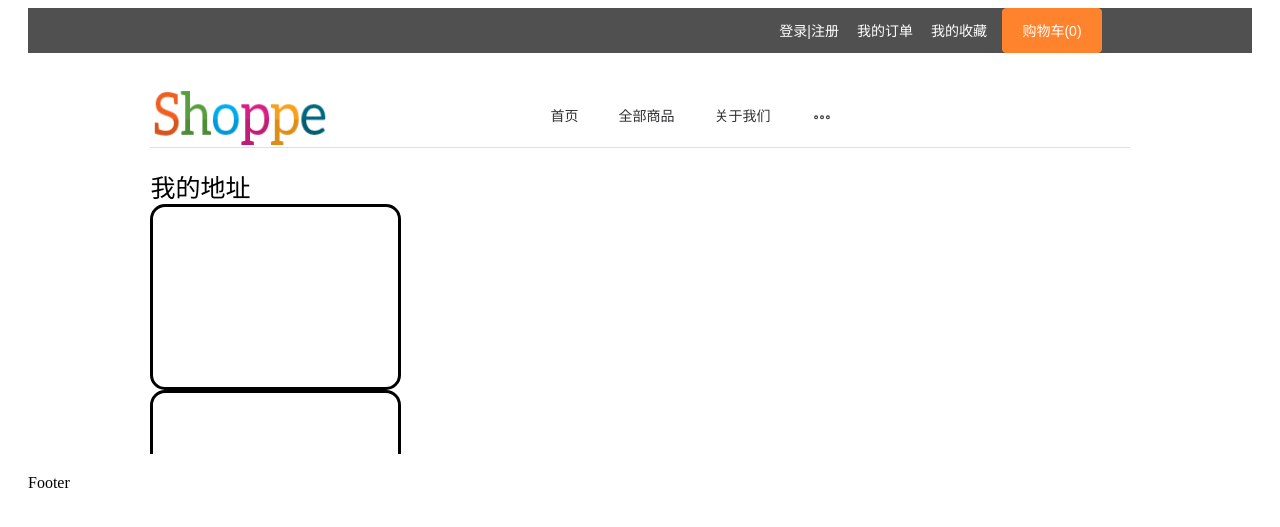
Repository: zhenghaochang/---
Page: /#/confirmOrder (app in xiaomi/)
An editor plug-in stored every save of this project. The page is shown before and after the next save, followed by the edit.
The browser window is 1280 px wide. The pictures show the whole page.
The project was rebuilt for these pictures with package versions that can differ from the ones it lists, and the page was loaded fresh each time. Also part of the build but not shown: xiaomi/vite.config.js.

Above is the page before, as saved 2025-08-03 16:01:49.

### xiaomi/src/main.js
import { createApp } from 'vue';
import ElementPlus from 'element-plus';
import 'element-plus/dist/index.css';
import router from './router/router';
import App from './App.vue';
import * as ElementPlusIconsVue from '@element-plus/icons-vue';
import { createPinia } from 'pinia';
import piniaPluginPersistedstate from 'pinia-plugin-persistedstate'
const app = createApp(App);
const pinia = createPinia();
pinia.use(piniaPluginPersistedstate)
app.use(pinia);
for (const [key, component] of Object.entries(ElementPlusIconsVue)) {
    app.component(key, component);
}
app.use(router);
app.use(ElementPlus);
app.mount('#app');

### xiaomi/src/router/router.js
import {createRouter,createWebHashHistory} from 'vue-router'

let router = createRouter({
    history:createWebHashHistory(),
    routes:[
        {
            path:"/",
            component:()=>import('../components/main.vue'),
            redirect:"/home",
            children:[
                {
                    path:"/home",
                    component:() => import('../view/home.vue')
                },
                {
                    path:"/allGoods",
                    component:() => import('../view/allGoods.vue')
                },
                {
                    path:"/goods",
                    component:()=>import('../view/goods.vue')
                },
                {
                    path:"/orderList",
                    component:()=> import('../view/orderList.vue')
                },
                {
                    path:"/shoppingCart",
                    component:()=> import('../view/shoppingCart.vue')
                },
                {
                    path:"/collection",
                    component:()=> import('../view/collection.vue')
                },
                {
                    path:"/confirmOrder",
                    component:()=>import('../view/confirmOrder.vue')
                }
            ]
        }
    ]
})

export default router

### xiaomi/src/App.vue
<script setup>
import Menu from '../src/components/menu.vue'


</script>

<template>
    <div>
        <el-container>
            <el-header class="header"><Menu></Menu></el-header>
            <el-main class="main"><router-view></router-view></el-main>
            <el-footer>Footer</el-footer>
        </el-container>
    </div>
</template>

<style scoped>
.header{
/*     background-color: blue; */
    width:100%
}
/* .main{
    background-color: blue;
    width: 100%;
    display:flex;
    flex-direction: column;
    justify-content: center;
} */
</style>

### xiaomi/src/components/main.vue
<script setup>
import logo from '../assets/img/logo.png'
import { Search } from '@element-plus/icons-vue'
import {useRoute,useRouter} from 'vue-router'
import {goodsList, selectParam,total} from '../global/global'
import {getGoodsList} from '../global/global'

const router = useRouter()
const route = useRoute()

async function search(){
    console.log(selectParam.value.goodsName)
    router.push("/allGoods")
    getGoodsList()
}

</script>

<template>
    <div class="base_div">
        <!-- 菜单div -->
        <div style="width:80%;margin-bottom:20px">
            <el-menu
                :default-active="route.path"
                class="menu"
                mode="horizontal"
                @select="handleSelect"
                router
            >
                <div>
                    <img style="width:180px;height:60px;margin-right:200px" :src="logo" alt="">
                </div>
                <el-menu-item class="menu_item" index="/home">首页</el-menu-item>
                <el-menu-item class="menu_item" index="/allGoods">全部商品</el-menu-item>
                <el-menu-item class="menu_item" index="/aboutUs">关于我们</el-menu-item>
                <div>
                    <el-input
                        v-model="selectParam.goodsName"
                        style="margin-left:200px;width:250px"
                        placeholder="请输入商品名称"
                        class="input-with-select"

                    >
                        <template #append>
                            <el-button @click="search" :icon="Search" />
                        </template>
                    </el-input>
                </div>
            </el-menu>
        </div>
        <!-- 菜单div END -->
        <!-- 主体div -->
        <div style="width:100%">
            <router-view></router-view>
        </div>
    </div>
</template>

<style scoped>
.base_div{
    width: 100%;
    display:flex;
    flex-direction: column;
    align-items:center;
}
.menu{
    display:flex;
    align-items: center;
}
.menu_item{
    background-color: transparent !important;
}
</style>

### xiaomi/src/view/confirmOrder.vue
<script setup>

</script>

<template>
    <div class="base_div">
        <div style="width:80%;display:flex;flex-direction:column">
            <span style="font-size:25px">我的地址</span>
            <el-scrollbar wrap-style="width:100%;" view-style="" max-height="250px">
               <div class="address_div" v-for="item in 4" :key="item">

                </div>
            </el-scrollbar>

        </div>
    </div>
</template>

<style scoped>
.base_div{
    width: 100%;
    display: flex;
    flex-direction: column;
    align-items:center;
}
.address_div{
    width: 25%;
    height:180px;
    border-radius: 15px;
    border: 3px solid;

}
</style>

### xiaomi/src/components/menu.vue
<script setup>
import {ref,reactive} from 'vue'
import request from '../request/index'
import { ElMessage } from 'element-plus'
import {useUserStore} from '../store/index'
import {loginVisible,registVisible} from '../global/global'
import {useRouter,useRoute} from 'vue-router'


const store = useUserStore()
const router = useRouter()


const loginForm = ref({
    username:'',
    password:''
})

const registForm = ref({
    username:'',
    password:'',
    rePassword:'',
    name:''
})

const user = ref({
    id:0,
    username:'',
    name:'',
    numInCart:0,
    token:''
})

const loginFormRef = ref()
const registFormRef = ref()

const validateUsername = (rule,value,callback)=>{
    if(value.length==0){
      callback(new Error("用户名不能为空"))
    }else{
      callback()
    }
  }

  const validatePassword = (rule,value,callback)=>{
    if(value.length<4){
      callback(new Error("密码小于4位"))
    }else{
      callback()
    }
  }

  const validateRePassword = (rule,value,callback)=>{
    if(value.length<4){
      callback(new Error("密码小于4位"))
    }else{
      if(value != registForm.value.password){
        callback(new Error("密码不一致"))
      }else{
        callback()
      }
    }
  }

  const rules = {
    username:[{required:true,message:'用户名不能为空',validator:validateUsername}],
    password:[{required:true,message:'密码必须大于4位',validator:validatePassword}],
    rePassword:[{required:true,validator:validateRePassword}]
  }


async function login(){
    const valid = await loginFormRef.value.validate
    if(valid){
        let {data} = await request.post("/user/login",loginForm.value)
        if(data.code == 200){
            ElMessage.success('登录成功')
            user.value = data.data
            store.changeInfo(user.value)
            loginVisible.value = false
            location.reload()
        }else{
            ElMessage.error(data.msg)
        }
    }
}

async function regist(){
    const valid = await registFormRef.value.validate
    if(valid){
        let {data} = await request.post("/user/regist",registForm.value)
        if(data.code == 200){
            ElMessage.success('注册成功')
            registVisible.value = false
            loginVisible.value = true
        }else{
            ElMessage.error(data.msg)
        }
    }
}

function logout(){
    store.logout()
    location.reload()
}

</script>

<template>
    <div class="base_div">
        <el-button color="rgb(80,80,80)" @click="loginVisible = true" v-if="store.id==0" link>登录|注册</el-button>
        <div style="display:flex;align-items:center;margin-right:10px" v-else>
            <el-button color="rgb(80,80,80)" link>欢迎{{store.name}}</el-button>
            <el-button color="rgb(80,80,80)" @click="logout" link>退出登录</el-button>
        </div>
        <el-button color="rgb(80,80,80)" @click="()=>{router.push('/orderList')}" link>我的订单</el-button>
        <el-button color="rgb(80,80,80)" @click="()=>{router.push('/collection')}" link>我的收藏</el-button>
        <el-button  style="margin-right:150px;width:100px;height:100%;color:white"
         color="rgb(255,130, 45)"
         @click="()=>{router.push('/shoppingCart')}"
        >
            购物车({{store.numInCart}})
        </el-button>

        <!-- 登录窗口 -->
        <el-dialog v-model="loginVisible"  title="登录" width="300">
            <el-form :model="loginForm" ref="loginFormRef" :rules="rules">
                <el-form-item label="用户名" prop="username" :label-width="70">
                    <el-input v-model="loginForm.username" autocomplete="off" />
                </el-form-item>
                <el-form-item label="密码" prop="password" :label-width="70">
                    <el-input v-model="loginForm.password" autocomplete="off" type="password" show-password />
                </el-form-item>
            </el-form>
            <template #footer>
                <div style="display:flex;justify-content:space-between;align-items:center">
                    <el-button type="warning" @click="registVisible = true">注册</el-button>
                    <div>
                        <el-button @click="loginVisible = false">取消</el-button>
                        <el-button type="primary" @click="login">
                        登录
                        </el-button>
                    </div>

                </div>
            </template>
        </el-dialog>
        <!-- 登录窗口END -->
        <!-- 注册窗口 -->
        <el-dialog v-model="registVisible"  title="注册" width="350">
            <el-form :model="registForm" ref="registFormRef" :rules="rules">
                <el-form-item label="用户名" prop="username" :label-width="80">
                    <el-input v-model="registForm.username" autocomplete="off" />
                </el-form-item>
                <el-form-item label="密码" prop="password" :label-width="80">
                    <el-input v-model="registForm.password" autocomplete="off" type="password" show-password />
                </el-form-item>
                <el-form-item label="确认密码" prop="rePassword" :label-width="80">
                    <el-input v-model="registForm.rePassword" autocomplete="off" type="password" show-password />
                </el-form-item>
                <el-form-item label="姓名"  :label-width="80">
                    <el-input v-model="registForm.name" autocomplete="off"  />
                </el-form-item>
            </el-form>
            <template #footer>
                <div style="">
                    <div>
                        <el-button @click="registVisible = false">取消</el-button>
                        <el-button type="primary" @click="regist">
                        注册
                        </el-button>
                    </div>

                </div>
            </template>
        </el-dialog>
        <!-- 注册窗口END -->
    </div>
</template>

<style scoped>
.base_div{
    background-color:rgb(80,80,80);
    width:100%;
    height:45px;
    display: flex;
    justify-content:flex-end;
}
</style>

### xiaomi/src/global/global.js
import {ref} from 'vue'
import request from '../request'

export const selectParam = ref({
    categoryId:0,
    pageSize:15,
    currentPage:1,
    goodsName:''
})

export const goodsList = ref([])

export const total = ref(0)

export async function getGoodsList(){
    let {data} = await request.post("/goods/getAllGoodsList",selectParam.value)
    goodsList.value = data.data.goods
    total.value = data.data.total
}

export const loginVisible = ref(false)
export const registVisible = ref(false)

### xiaomi/src/request/index.js
import axios from 'axios'
import { ElMessage } from 'element-plus'
import {useUserStore} from '../store/index'
import {loginVisible} from '../global/global'



const request = axios.create({
    baseURL:'http://localhost:8080',
    timeout:10000
})

request.interceptors.request.use(
    config => {
        const store = useUserStore()
        const token = store.token
        console.log("token:"+token)
        if(token){
            config.headers['authorization'] = token
        }
        return config
    },
    error => Promise.reject(error)
)

request.interceptors.response.use(
    response =>{
        return response
    },
    error => {
        const store = useUserStore()
        console.log(error)
        if(error.status == 401){
            ElMessage.error('请登录')
            store.logout()
            loginVisible.value = true
        }else{
            ElMessage.error(error.response?.data?.msg || '网络错误')
        }
        return Promise.reject(error)
    }

)




export default request

### xiaomi/src/store/index.js
import {defineStore} from 'pinia'
import request from '../request'

const user = {
    id:0,
    username:'',
    name:'',
    numInCart:0,
    token:''
}

export const useUserStore = defineStore('userInfo',{
    state:()=>({
        id:0,
        username:'',
        name:'',
        numInCart:0,
        token:''
    }),
    getters:{},
    actions:{
        changeInfo(user){
            this.id = user.id,
            this.username = user.username,
            this.name = user.name,
            this.numInCart = user.numInCart,
            this.token = user.token
        },
        logout(){
            this.id = 0,
            this.username = '',
            this.name = '',
            this.numInCart = 0,
            this.token = ''
        },
        async updateNum(){
            let {data} = await request.get("/shoppingCart/getNumInCart")
            this.numInCart = data.data
        }
    },
    persist: true
}
)

Loaded but not shown: xiaomi/index.html (common file)

After the next save:
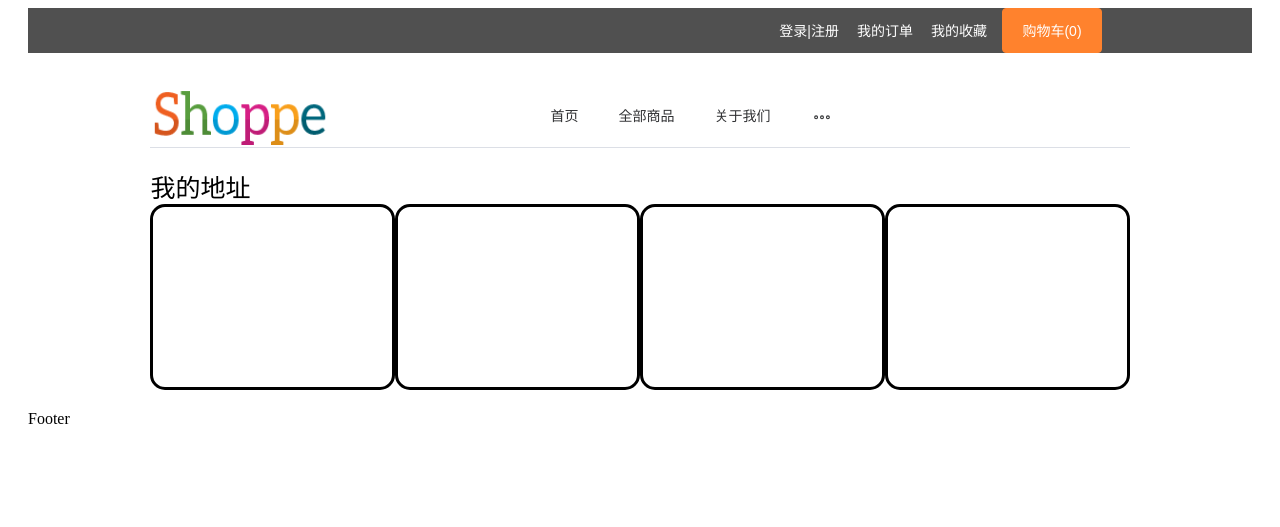
Saved 5 s later.
--- a/xiaomi/src/view/confirmOrder.vue
+++ b/xiaomi/src/view/confirmOrder.vue
@@ -6,7 +6,7 @@
     <div class="base_div">
         <div style="width:80%;display:flex;flex-direction:column">
             <span style="font-size:25px">我的地址</span>
-            <el-scrollbar wrap-style="width:100%;" view-style="" max-height="250px">
+            <el-scrollbar wrap-style="width:100%;" view-style="display:flex" max-height="250px">
                <div class="address_div" v-for="item in 4" :key="item">
 
                 </div>
